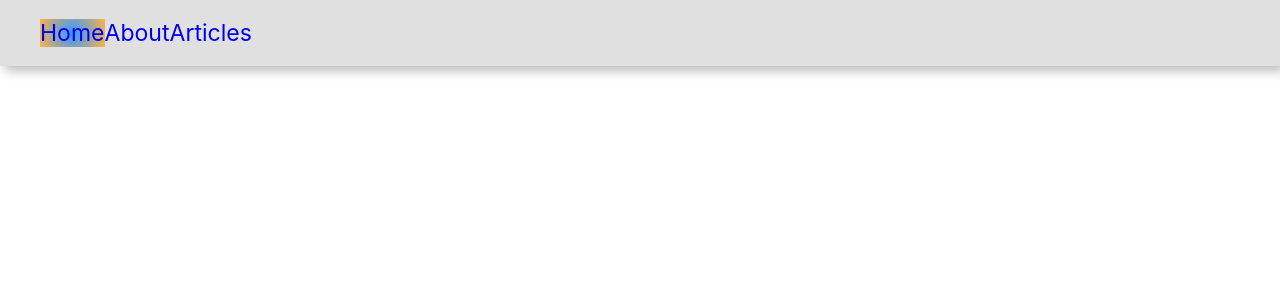
Repository: ShindanoSingi/react-software-architecture-course
Page: /
The author's editor kept a copy of each file at every save. The page is drawn from the files as they stood at one save, then again after the next save.
The browser window is 1280 px wide. The pictures show the whole page.
The project was rebuilt for these pictures with package versions that can differ from the ones it lists, and the page was loaded fresh each time. Also part of the build but not shown: src/pages/About.js, src/pages/Articles.js.

Above is the page before, as saved 2022-12-25 20:28:00.

### src/App.js
import './App.css';
import { Routes, Route, NavLink } from 'react-router-dom';
import Home from './pages/Home';
import About from './pages/About';
import Articles from './pages/Articles';


function App() {

  return (
    <>
      <nav className='nav-bar'>
      <ul className='list-container'>
        <NavLink to='/' className={({isActive}) => isActive ? "is-active" : null}>
          <li className='home'>Home</li>
        </NavLink>

        <NavLink to='/about' className={({isActive}) => isActive ? "is-active" : null}>
          <li className='about'>About</li>
        </NavLink>

        <NavLink to='/articles' className={({isActive}) => isActive ? "is-active" : null}>
          <li className='articles'>Articles</li>
        </NavLink>
      </ul>
    </nav>
      <Routes>
        <Route path='/' element={<Home />}/>
        <Route path='about' element={<About />}/>
        <Route path='articles' element={<Articles />}/>
      </Routes>
    </>
  );
}

export default App;

### src/App.css
h1 {
    text-align: center;
    margin: 0rem;
    padding: 0.5em;
}

.home, .about, .articles{

}



.is-active {
    background: rgb(63, 152, 251);
    background: radial-gradient(circle, rgba(63, 152, 251, 1) 6%, rgba(252, 180, 70, 1) 100%);
}

.list-container, a {
    font-size: 1.2em;
    list-style: none;
    text-decoration: none;
    display: flex;
}

.nav-bar {
    position: fixed;
    width: 100%;
    top: 0;
    border-radius: 0px;
    background: #e0e0e0;
    box-shadow: 5px 5px 10px #bebebe,
        -5px -5px 10px #ffffff;
}

.container {
    max-width: 80em;
    background-color: beige;
    margin: 0 auto;
    height: 100vh;
}

Loaded but not shown: public/index.html (common file); src/index.js (common file); src/index.css (common file); src/reportWebVitals.js (common file); src/pages/Home.js (common file)

After the next save:
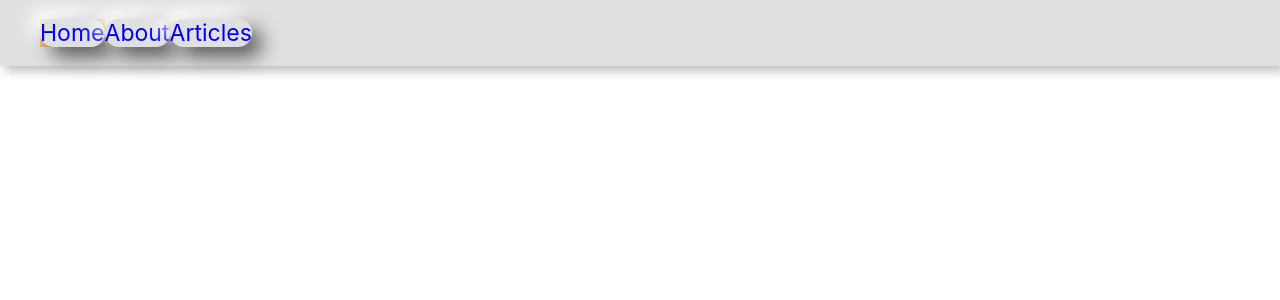
Saved 74 s later.
--- a/src/App.css
+++ b/src/App.css
@@ -4,8 +4,13 @@ h1 {
     padding: 0.5em;
 }
 
-.home, .about, .articles{
-
+.home,
+.about,
+.articles {
+    border-radius: 205px;
+    background: #e0e0e0;
+    box-shadow: 10px 10px 19px #5a5a5a,
+        -10px -10px 19px #ffffff;
 }
 
 
@@ -15,7 +20,8 @@ h1 {
     background: radial-gradient(circle, rgba(63, 152, 251, 1) 6%, rgba(252, 180, 70, 1) 100%);
 }
 
-.list-container, a {
+.list-container,
+a {
     font-size: 1.2em;
     list-style: none;
     text-decoration: none;
